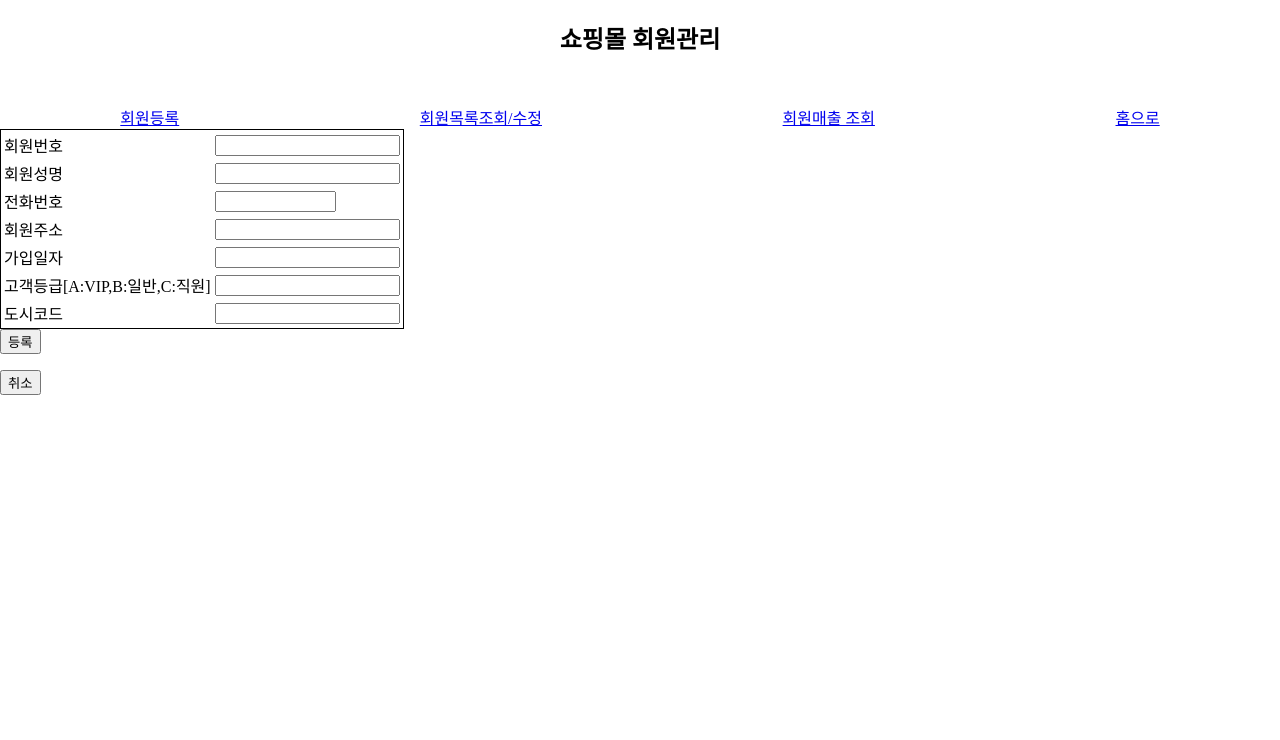
Repository: Tor1a/SpringSet
Page: http://localhost/practice/WEB-INF/views/member/join.jsp
The author's editor kept a copy of each file at every save. The page is drawn from the files as they stood at one save, then again after the next save.
The browser window is 1280 px wide. The pictures show the whole page.
The page is served by Tomcat 9. Nobody is signed in. The template is opened directly, without the code that normally fills it, so the values that code supplies are empty.

Above is the page before, as saved 2022-04-11 04:13:02.
Not found: practice/practice/WEB-INF/views/js/main.js

After the next save:
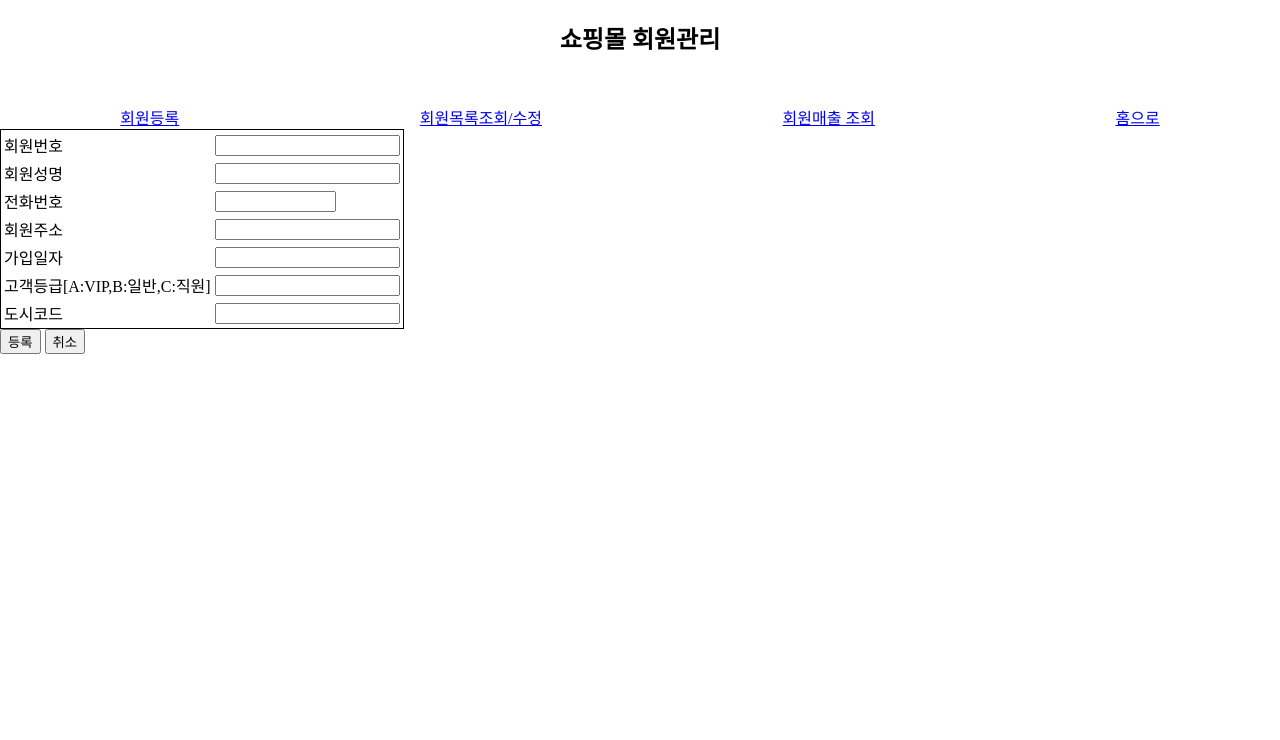
Saved 55 s later.
--- a/practice/src/main/webapp/WEB-INF/views/member/join.jsp
+++ b/practice/src/main/webapp/WEB-INF/views/member/join.jsp
@@ -36,8 +36,9 @@
             </tr>
         </table>
            <input type="submit" value="등록"  onclick="joinCheck()">
+           <button onclick="history.go(-1);">취소</button>
 	</form>
-			<button onclick="history.go(-1);">취소</button>
+
 
 
 
